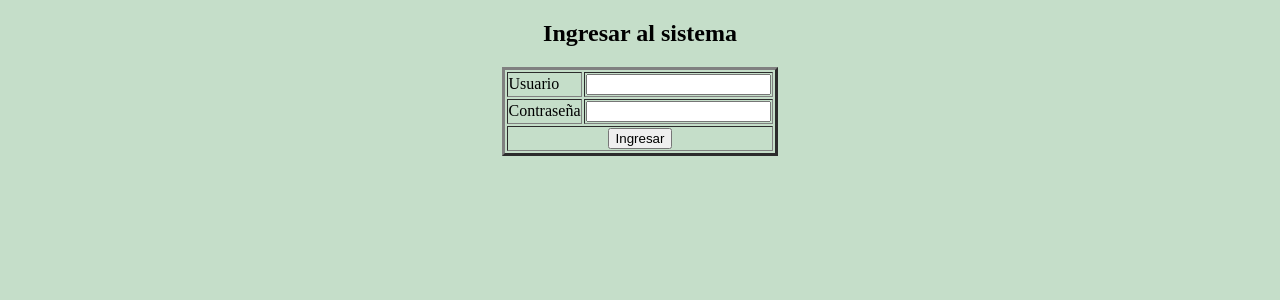
Repository: NayshaOCruz98/CL2ORTIZ
Page: http://localhost/LPII_CL2_ORTIZCRUZNAYSHA/
The author's editor kept a copy of each file at every save. The page is drawn from the files as they stood at one save, then again after the next save.
The browser window is 1280 px wide. The pictures show the whole page.
The page is served by Tomcat 9. Other server files are loaded and not shown.

Above is the page before, as saved 2023-10-24 22:58:47.

### LPII_CL2_ORTIZCRUZNAYSHA/src/main/webapp/index.jsp
<%@ page language="java" contentType="text/html; charset=ISO-8859-1"
    pageEncoding="ISO-8859-1"%>

<!DOCTYPE html>
<html>
<head>
<meta http-equiv="Content-Type" content="text/html; charset=ISO-8859-1">
<title>Ventana Usuario</title>
</head>
<body bgcolor="#c5dec9">
<h2 align="center">Ingresar al sistema</h2>

<form action="ControladorServlet" method="post">

<table align="center" border="3">
<tr>
<td>Usuario</td>
<td><input type="text" name="usuario"></td>
</tr>
<tr>
<td>Contraseña</td>
<td><input type="text" name="password"></td>
</tr>
<tr>
<td colspan="2" align="center">
<input type="submit" value="Ingresar"></td>
</td>
</tr>

</table>
</form>

</form>
</body>
</html>

After the next save:
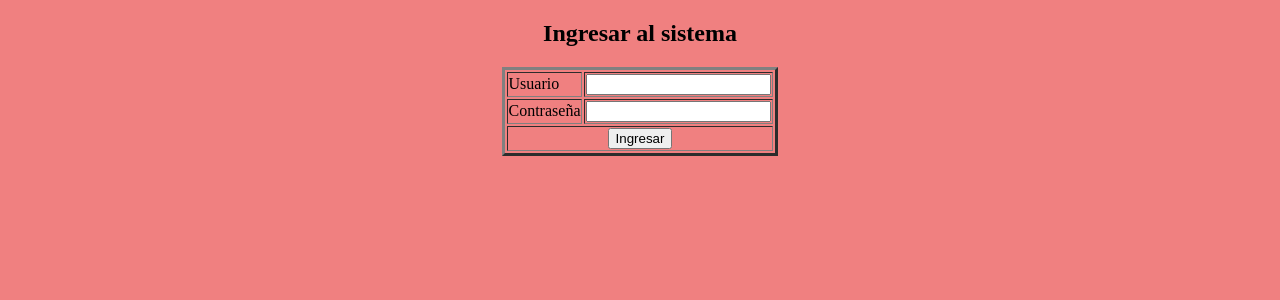
Saved 3 min 35 s later.
--- a/LPII_CL2_ORTIZCRUZNAYSHA/src/main/webapp/index.jsp
+++ b/LPII_CL2_ORTIZCRUZNAYSHA/src/main/webapp/index.jsp
@@ -7,7 +7,7 @@
 <meta http-equiv="Content-Type" content="text/html; charset=ISO-8859-1">
 <title>Ventana Usuario</title>
 </head>
-<body bgcolor="#c5dec9">
+<body bgcolor="#F08080">
 <h2 align="center">Ingresar al sistema</h2>
 
 <form action="ControladorServlet" method="post">
